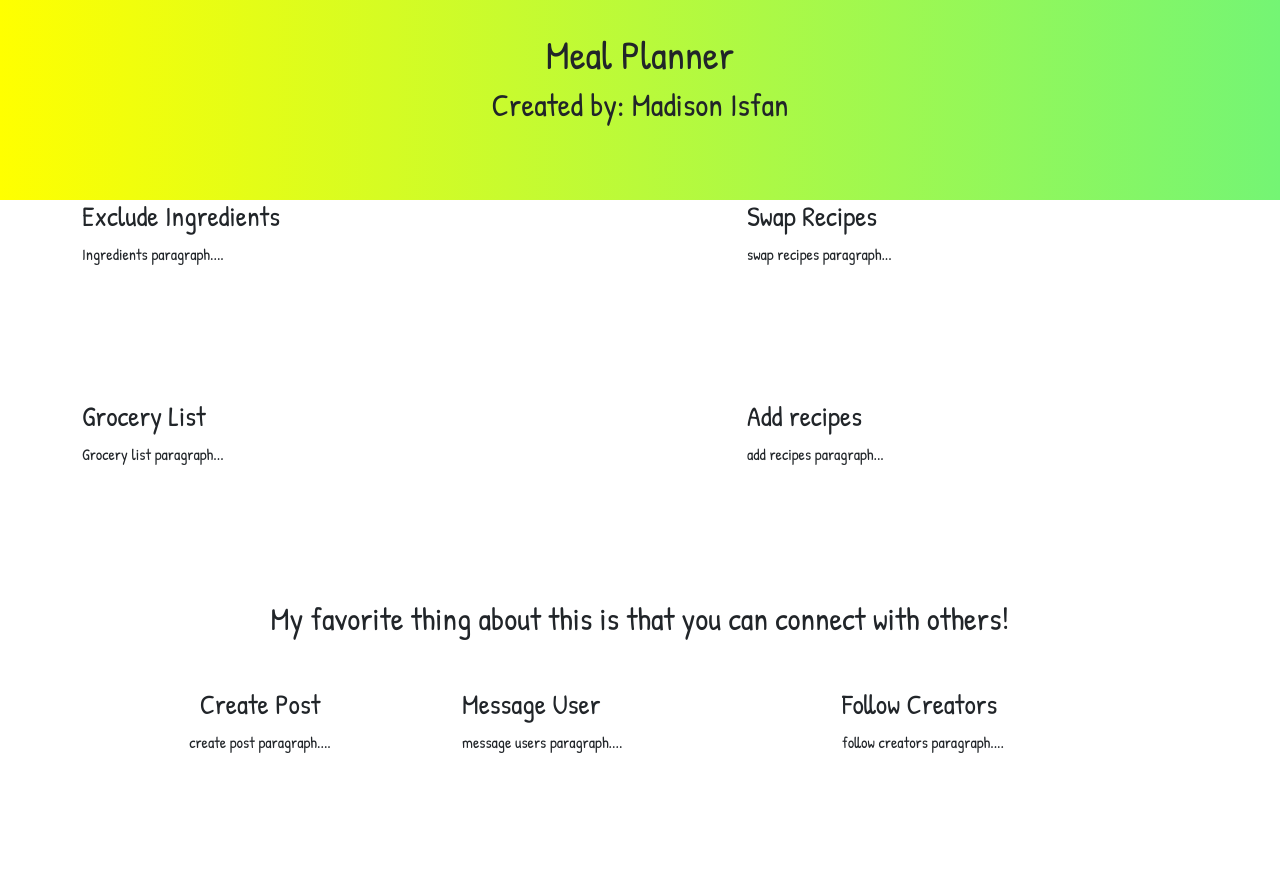
Repository: madisonisfan/Meal-Planner
Page: index.html
An editor plug-in stored every save of this project. The page is shown before and after a run of saves, followed by the edit.
The browser window is 1280 px wide. The pictures show the whole page.
Some web libraries are served in a nearby version.

Above is the page before, as saved 2021-02-17 17:17:13.

### index.html
<!DOCTYPE html>
<head>

    <meta charset="utf-8"/>
    <meta name="viewport" content="width=device-width, initial-scale=1"/>

    <link rel="stylesheet" href="node_modules/bootstrap/dist/css/bootstrap.min.css" />

    <link rel="stylesheet" href="https://fonts.googleapis.com/css?family=Indie+Flower|Patrick+Hand" />
    <link rel="stylesheet" href="css/styles.css"/>
    <title> Meal Planner </title>
</head>

<body>

    <header class="jumbotron">
        <div class="container">
            <div class="row row-content  justify-content-center">
                <div class="col text-center saling-self">
                    <h1>Meal Planner</h1>
                    <h2>Created by: Madison Isfan</h2>
                </div>
            </div>
        </div>

    </header>

    <div class="container ">
        <div class="row row-content justify-content-between">
            <div class="col-5">
                <h3>Exclude Ingredients</h3>
                <p>Ingredients paragraph....</p>
            </div>
            <div class="col-5">
                <h3>Swap Recipes</h3>
                <p>swap recipes paragraph...</p>
            </div>
        </div>

        <div class="row row-content justify-content-between">
            <div class="col-5">
                <h3>Grocery List</h3>
                <p>Grocery list paragraph...</p>
            </div>
            <div class="col-5">
                <h3>Add recipes</h3>
                <p>add recipes paragraph...</p>
            </div>
        </div>

    </div> <!--End of container-->

    <div class="container">
        <div class="row align-items-start">
            <div class="col ">
                <h2 class=" extra-header text-center">My favorite thing about this is that you can connect with others!</h2>
            </div>
        </div>
        <div class="row row-content align-items-start justify-content-center" >
            <div class="col text-center">
                <h3>Create Post</h3>
                <p>create post paragraph....</p>

            </div>
            <div class="col">
                <h3>Message User</h3>
                <p>message users paragraph....</p>
            </div>
            <div class="col">
                <h3>Follow Creators</h3>
                <p>follow creators paragraph....</p>
            </div>

        </div>

    </div>


    <script src="node_modules/jquery/dist/jquery.slim.min.js"></script>
    <script src="node_modules/popper.js/dist/umd/popper.min.js"></script>
    <script src="node_modules/bootstrap/dist/js/bootstrap.min.js"></script>
</body>


</html>

### css/styles.css
header {
  height: 200px;
}
body {
  font-family: "Patrick Hand";
}

.row-content {
  min-height: 200px;
}

.jumbotron {
  padding: 30px;
  background-image: linear-gradient(to right, yellow, rgb(116, 245, 116));
}

.extra-header {
  margin-bottom: 50px;
}

After the next 2 saves:
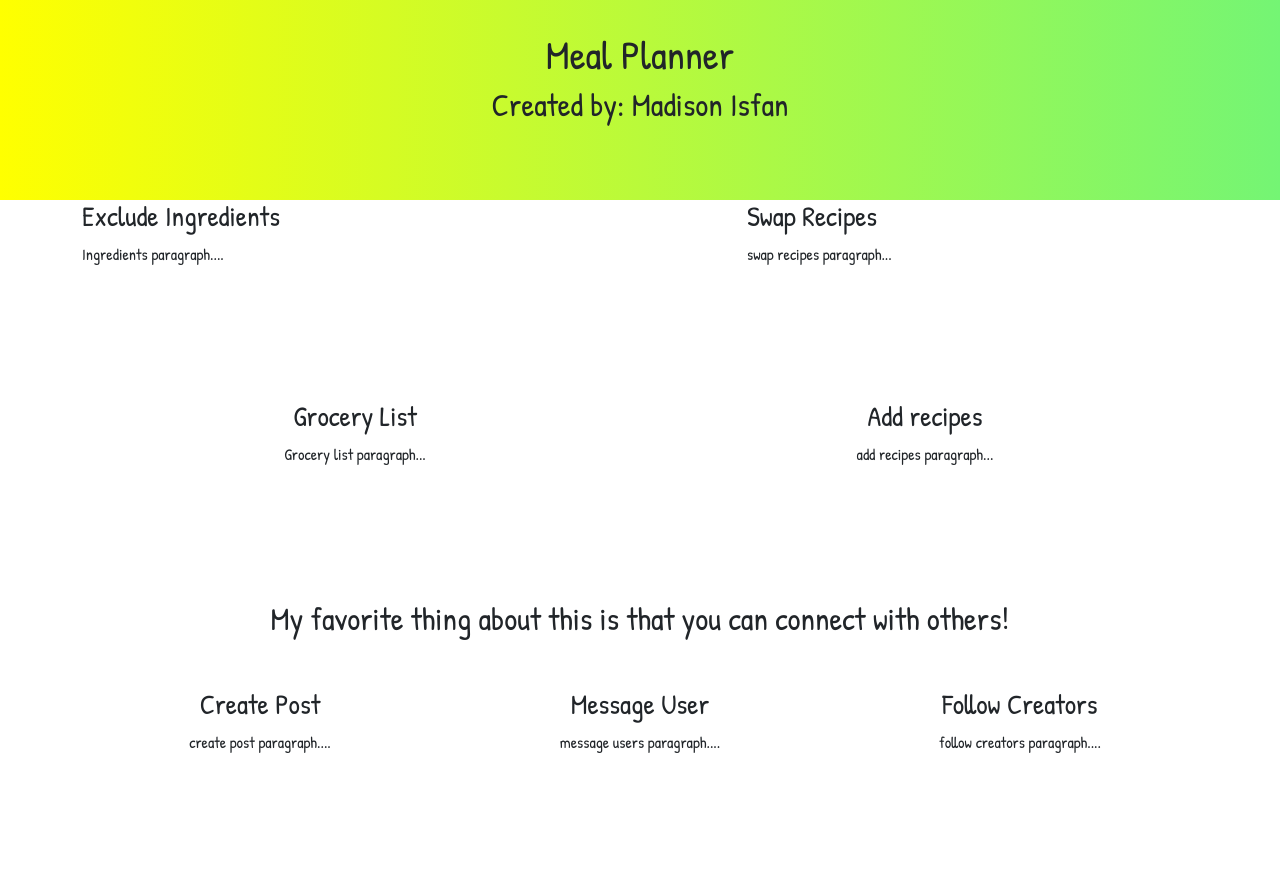
The 2 saves are shown as one change because they came seconds apart.
The last was saved 43 s later.
--- a/index.html
+++ b/index.html
@@ -38,11 +38,11 @@
         </div>
 
         <div class="row row-content justify-content-between">
-            <div class="col-5">
+            <div class="col text-center">
                 <h3>Grocery List</h3>
                 <p>Grocery list paragraph...</p>
             </div>
-            <div class="col-5">
+            <div class="col text-center">
                 <h3>Add recipes</h3>
                 <p>add recipes paragraph...</p>
             </div>
@@ -62,11 +62,11 @@
                 <p>create post paragraph....</p>
 
             </div>
-            <div class="col">
+            <div class="col text-center">
                 <h3>Message User</h3>
                 <p>message users paragraph....</p>
             </div>
-            <div class="col">
+            <div class="col text-center">
                 <h3>Follow Creators</h3>
                 <p>follow creators paragraph....</p>
             </div>
